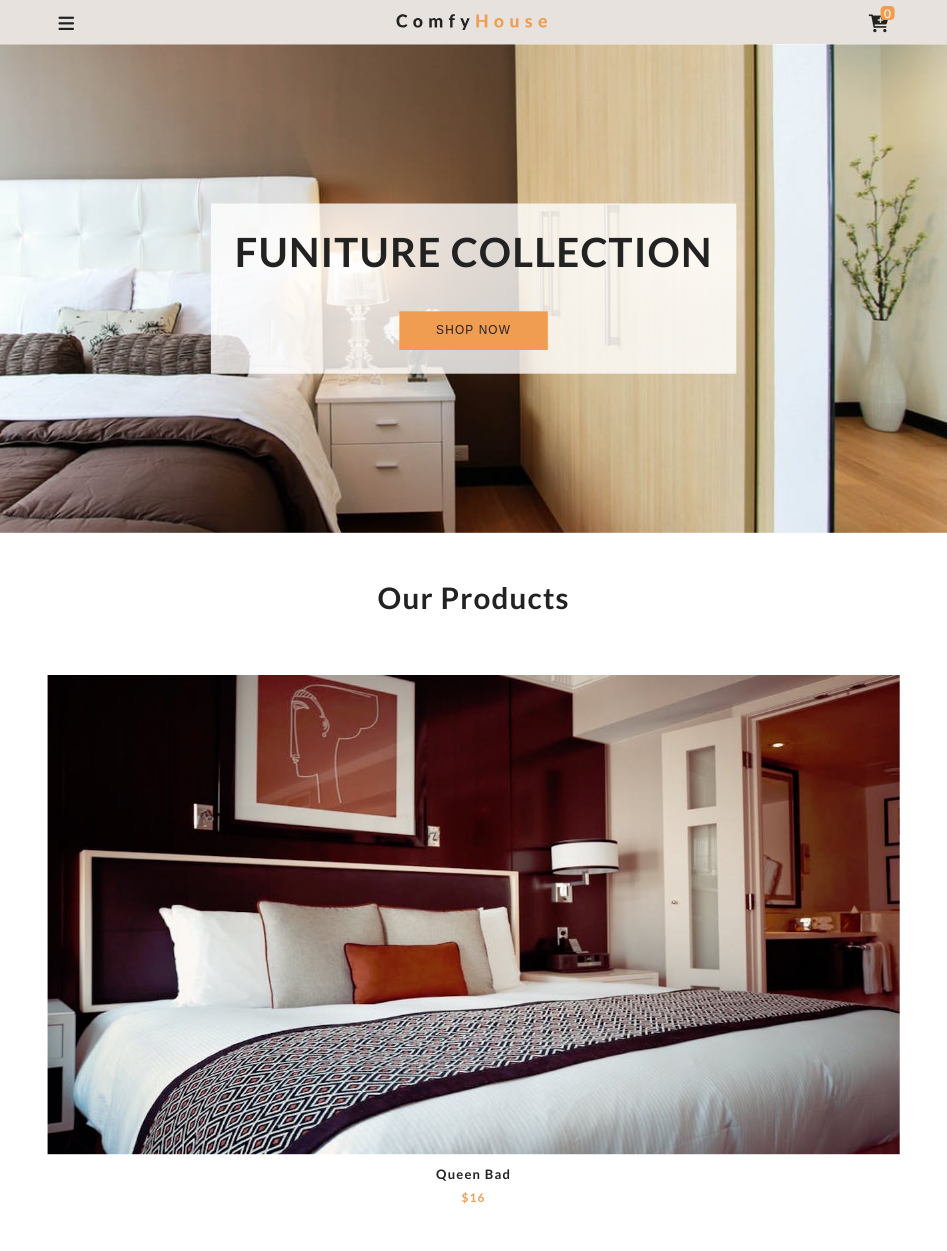
Repository: phamtrunghptn-dev/comfy-house-mater
Page: index.html
An editor plug-in stored every save of this project. The page is shown before and after a run of saves, followed by the edit.
The browser window is 1280 px wide. The pictures show the whole page, at 74% of full size.
Some web libraries are served in a nearby version.

Above is the page before, as saved 2022-07-01 09:46:58.

After the next 2 saves:
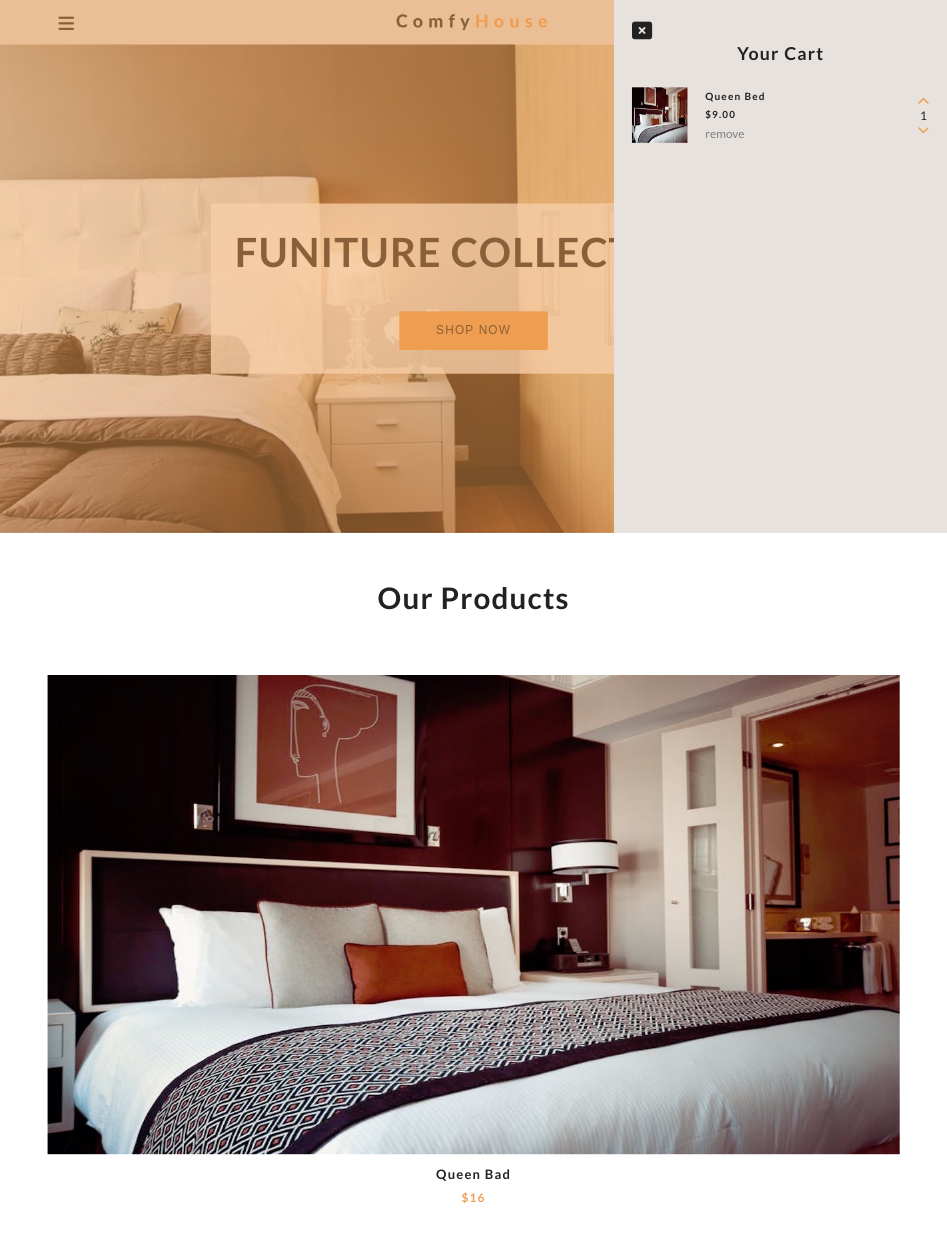
The 2 saves are shown as one change because they came seconds apart.
The last was saved 11 s later.
--- a/main.css
+++ b/main.css
@@ -175,7 +175,7 @@ body {
   transition: var(--mainTransition);
   background: rgb(240, 157, 81, 0.5);
   z-index: 2;
-  visibility: hidden;
+  /* visibility: hidden; */
 }
 .cart {
   position: fixed;
@@ -188,7 +188,7 @@ body {
   background: rgb(231, 226, 221);
   padding: 1.5rem;
   transition: var(--mainTransition);
-  transform: translateX(100%);
+  /* transform: translateX(100%); */
 }
 .showCart {
   transform: translateX(0);
